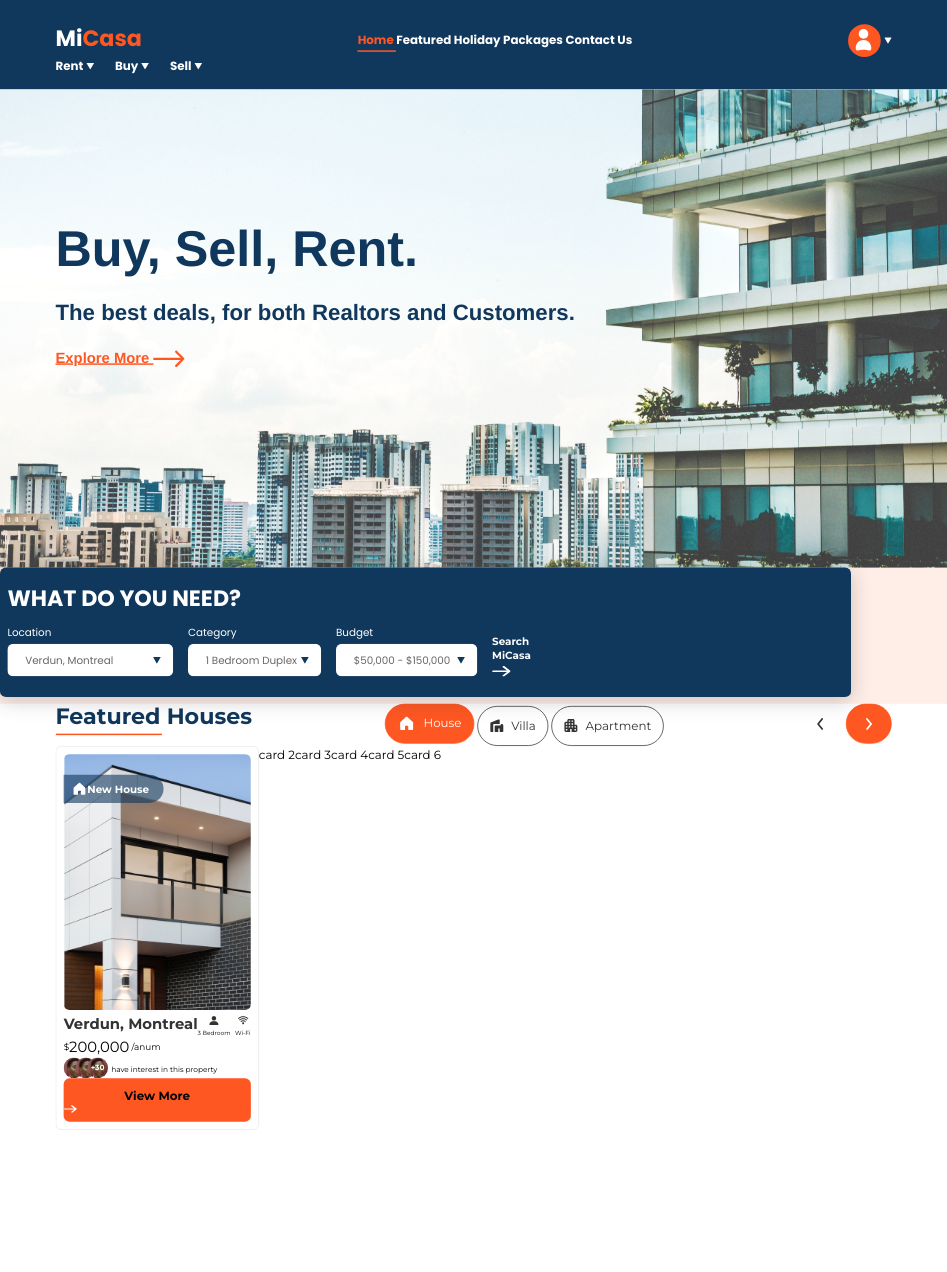
Repository: BenUnyolo/micasa-frontend
Page: index.html
An editor plug-in stored every save of this project. The page is shown before and after the next save, followed by the edit.
The browser window is 1280 px wide. The pictures show the whole page, at 74% of full size.

Above is the page before, as saved 2021-10-17 17:46:22.

After the next save:
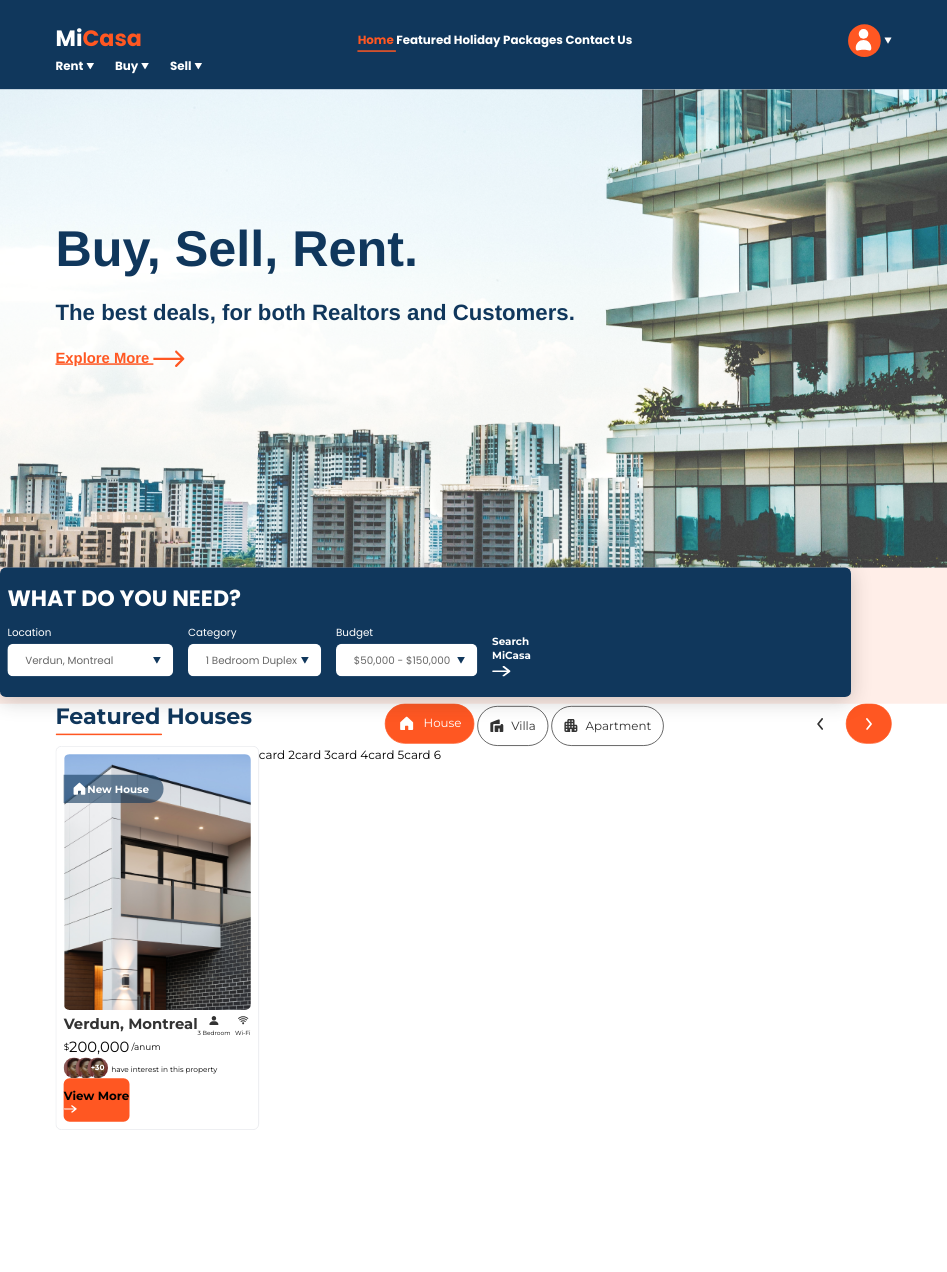
Saved 26 s later.
--- a/index.html
+++ b/index.html
@@ -455,7 +455,7 @@
           </div>
           <!-- view more button -->
           <div class="w-full">
-            <a href="#" class="block btn-standard"
+            <a href="#" class="btn-standard"
               >View More
               <svg
                 width="18"
